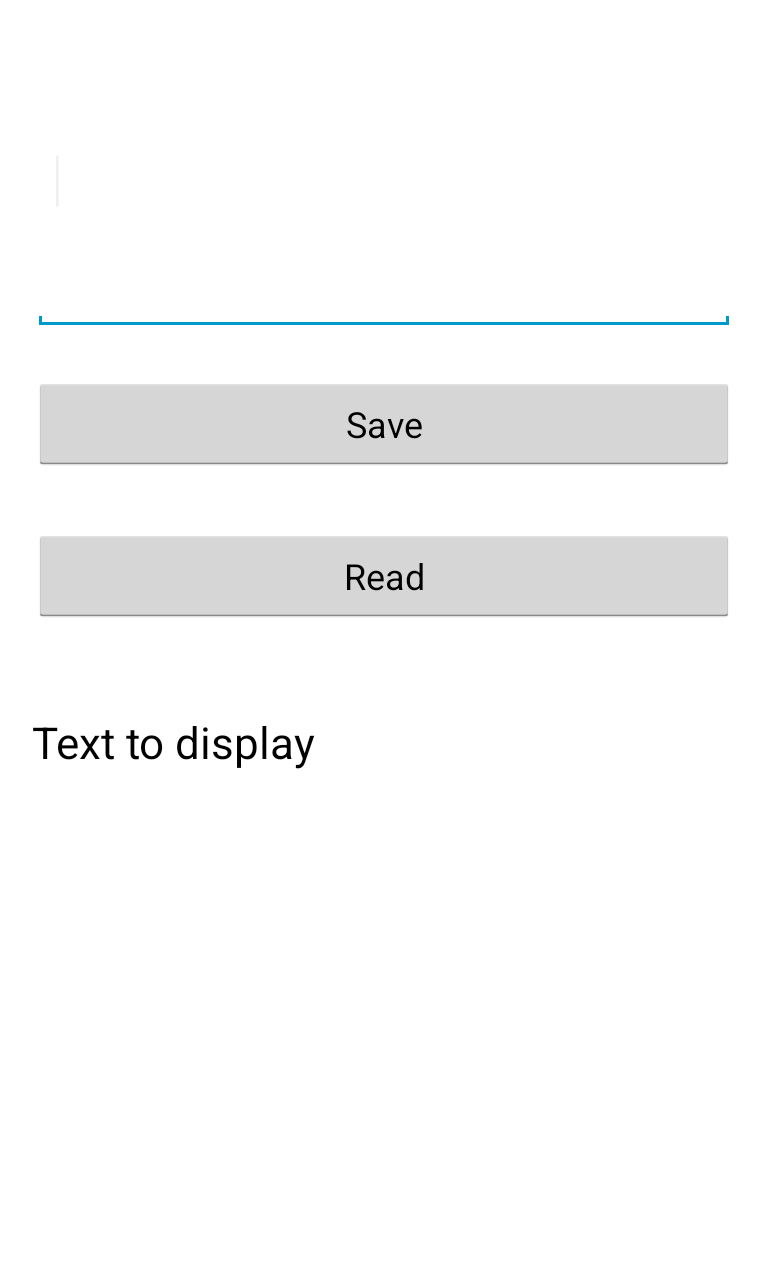
Repository: MadhuHS/JECM3
Layout: InternalStorage/res/layout/activity_main.xml
An editor plug-in stored every save of this project. The layout is shown before and after the next save, followed by the edit.
It is drawn on a 768 x 1280 px phone screen (xhdpi) without system bars, with theme AppTheme; the app's code is not run.

Above is the layout before, as saved 2015-12-19 03:09:41.

### InternalStorage/res/layout/activity_main.xml
<RelativeLayout xmlns:android="http://schemas.android.com/apk/res/android"
    xmlns:tools="http://schemas.android.com/tools"
    android:layout_width="match_parent"
    android:layout_height="match_parent"
    android:paddingBottom="@dimen/activity_vertical_margin"
    android:paddingLeft="@dimen/activity_horizontal_margin"
    android:paddingRight="@dimen/activity_horizontal_margin"
    android:paddingTop="@dimen/activity_vertical_margin"
    tools:context=".MainActivity" >

    <EditText
        android:id="@+id/editTextinput"
        android:layout_width="wrap_content"
        android:layout_height="150dp"
        android:layout_alignParentLeft="true"
        android:layout_alignParentRight="true"
        android:layout_alignParentTop="true"
        android:ems="10" >

        <requestFocus />
    </EditText>

    <Button
        android:id="@+id/buttonsave"
        android:layout_width="wrap_content"
        android:layout_height="wrap_content"
        android:layout_alignLeft="@+id/buttonread"
        android:layout_alignRight="@+id/editTextinput"
        android:layout_below="@+id/editTextinput"
        android:layout_marginTop="22dp"
        android:text="Save" />

    <Button
        android:id="@+id/buttonread"
        android:layout_width="wrap_content"
        android:layout_height="wrap_content"
        android:layout_alignLeft="@+id/editTextinput"
        android:layout_alignRight="@+id/editTextinput"
        android:layout_below="@+id/buttonsave"
        android:layout_marginTop="28dp"
        android:text="Read" />

    <TextView
        android:id="@+id/textViewoutput"
        android:layout_width="wrap_content"
        android:layout_height="wrap_content"
        android:layout_alignLeft="@+id/buttonread"
        android:layout_alignParentBottom="true"
        android:layout_alignRight="@+id/buttonread"
        android:layout_below="@+id/buttonread"
        android:layout_marginTop="44dp"
        android:text="Text to display"
        android:textAppearance="?android:attr/textAppearanceLarge" />

</RelativeLayout>

Loaded but not shown: InternalStorage/res/values/styles.xml (common file); InternalStorage/res/values-v11/styles.xml (common file); InternalStorage/res/values-v14/styles.xml (common file); InternalStorage/res/values/dimens.xml (common file)

After the next save:
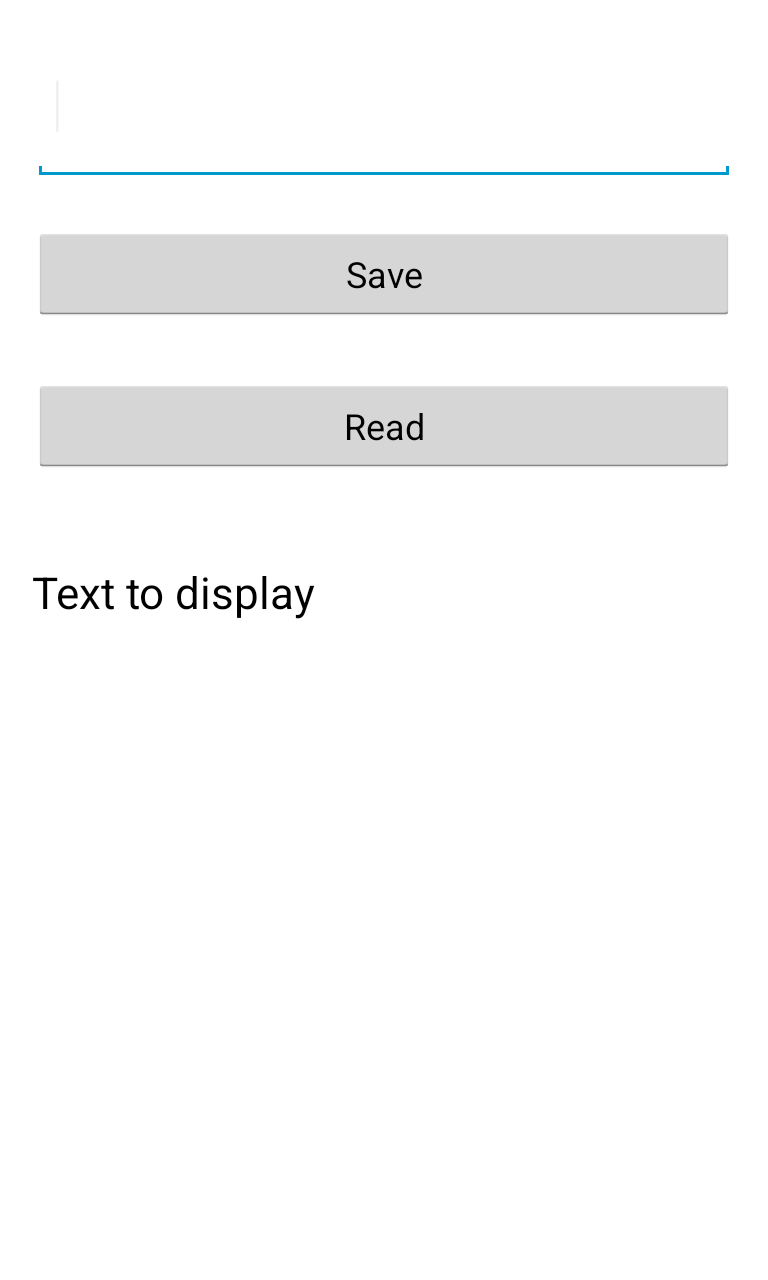
Saved 15 s later.
--- a/InternalStorage/res/layout/activity_main.xml
+++ b/InternalStorage/res/layout/activity_main.xml
@@ -11,7 +11,7 @@
     <EditText
         android:id="@+id/editTextinput"
         android:layout_width="wrap_content"
-        android:layout_height="150dp"
+        android:layout_height="75dp"
         android:layout_alignParentLeft="true"
         android:layout_alignParentRight="true"
         android:layout_alignParentTop="true"
